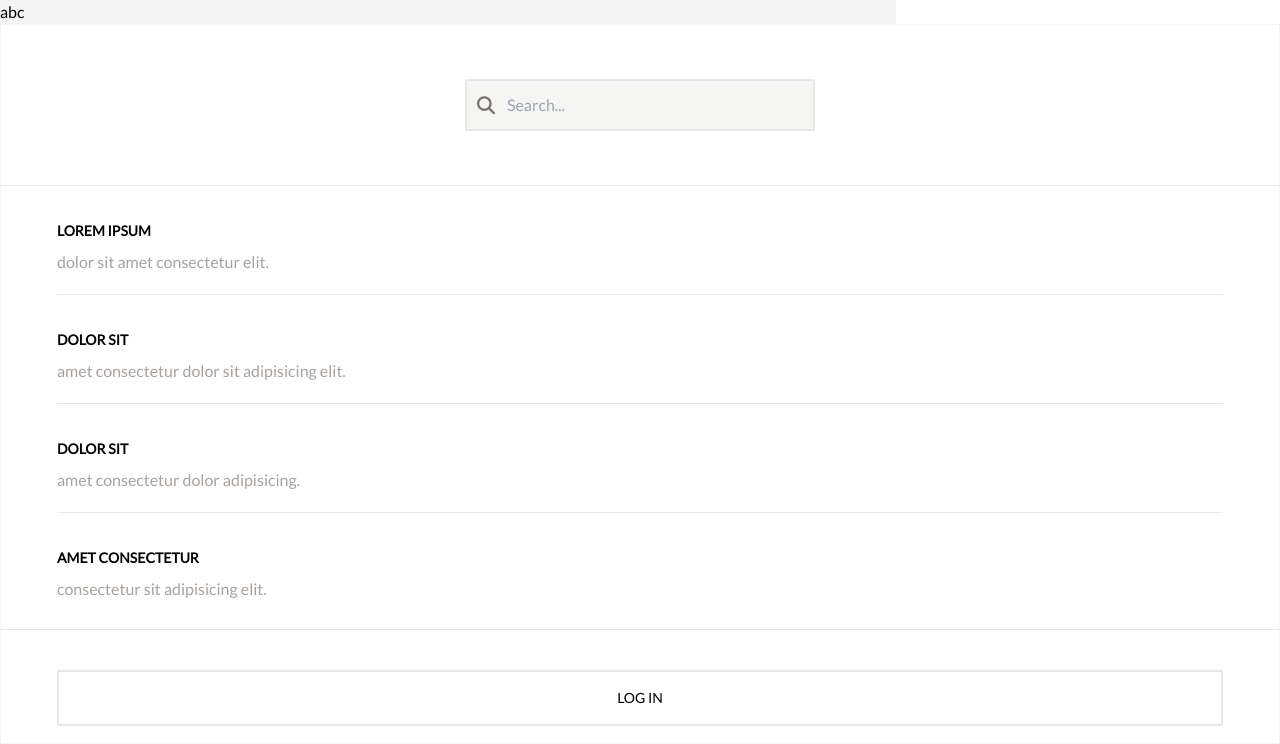
Repository: hsumyatm7308/laravel-blog
Page: blogweb/resources/views/blog/headerlayout.html
These files come from the project's save history. The page is drawn as it stood at one moment and after the next save; the edit follows.
The browser window is 1280 px wide. The pictures show the whole page.
Some web libraries are served in a nearby version.

Above is the page before, as saved 2023-09-05 17:41:03.

After the next save:
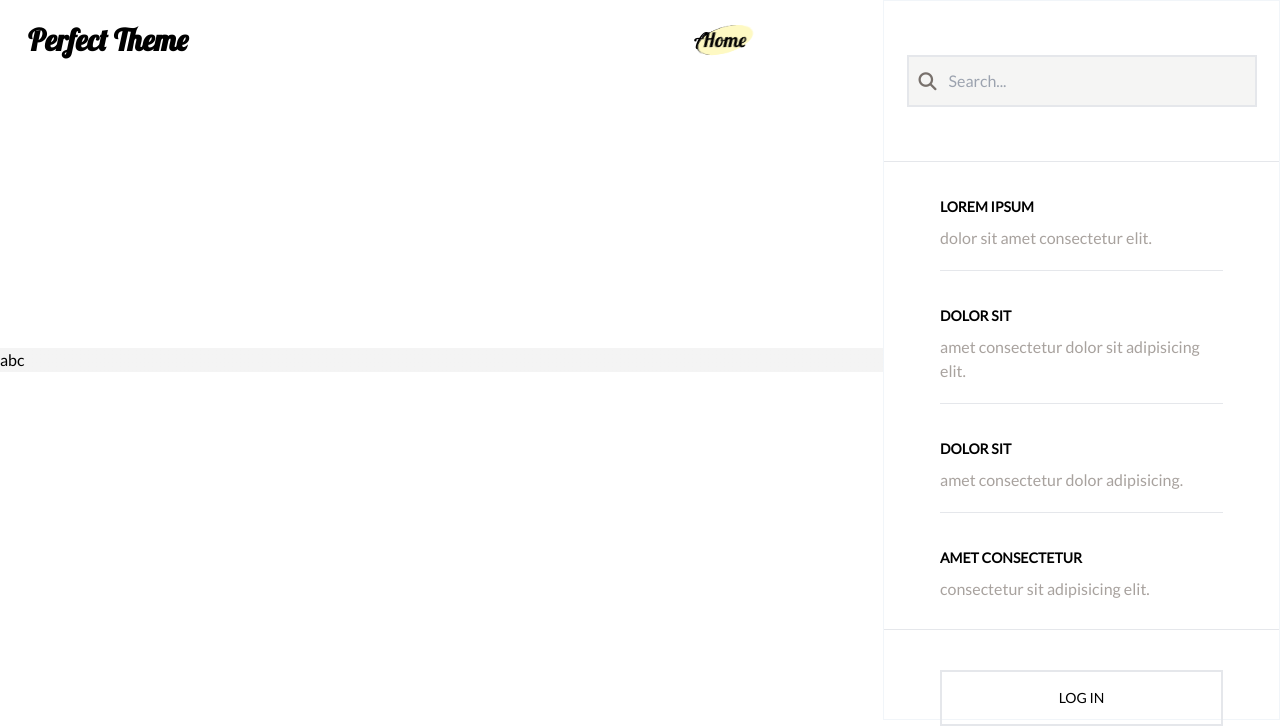
Saved 15 s later.
--- a/blogweb/resources/views/blog/headerlayout.html
+++ b/blogweb/resources/views/blog/headerlayout.html
@@ -128,7 +128,7 @@
 
 
     <div
-        class="menu-modal w-screen  h-screen absolute left-0 top-0">
+        class="menu-modal w-screen  h-screen absolute left-0 top-0 flex justify-center items-center">
         <div class="w-[70%] bg-[linear-gradient(rgba(233,233,233,.5),rgba(233,233,233,.5))]">
 abc
         </div>
